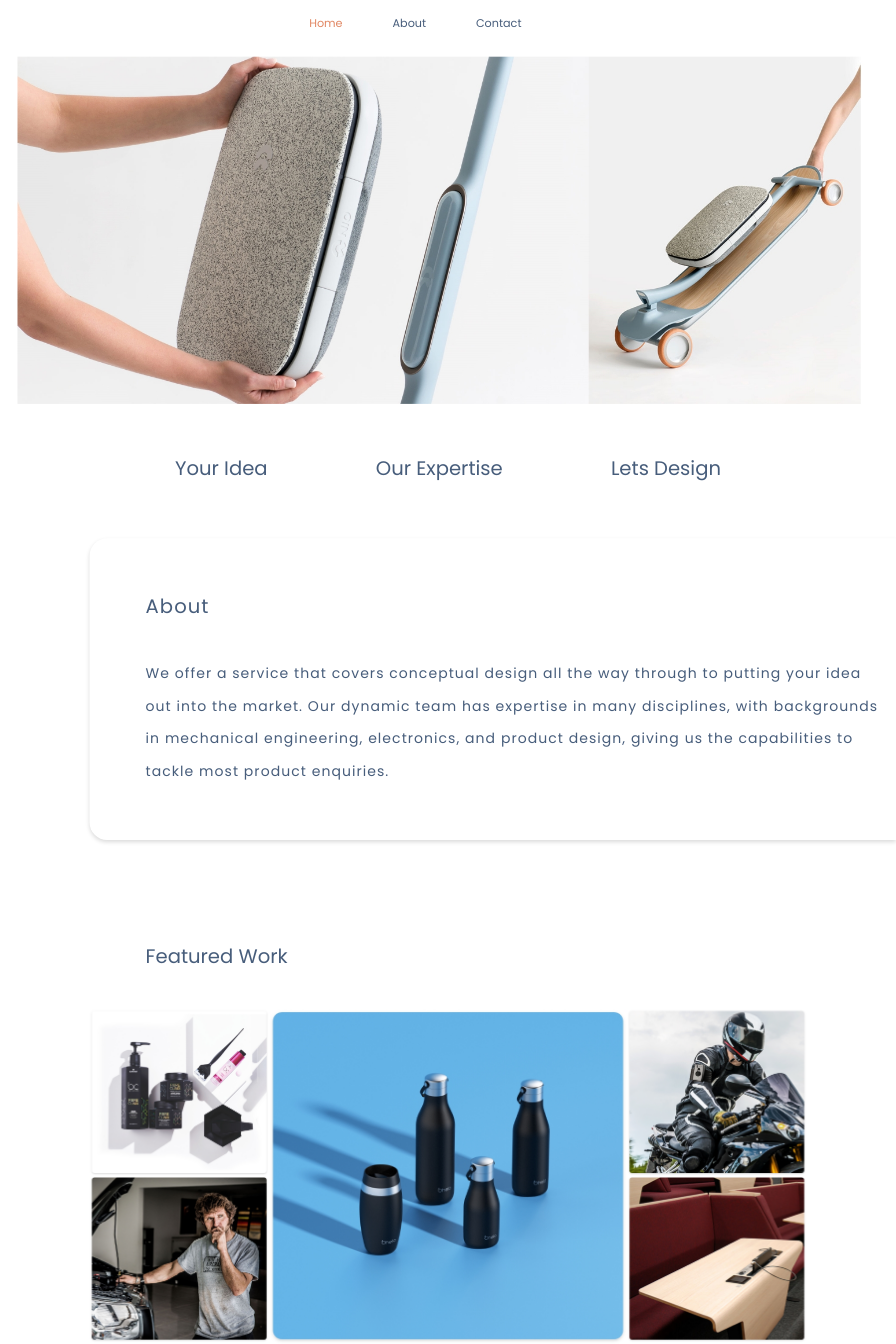
Repository: cobyfoster99/User-Centric-frontend-project
Page: index.html
The author's editor kept a record of every edit. The page is drawn from the files as they stood at one moment, then again after the next edit.
The browser window is 1280 px wide. The pictures show the part of the page from y = 0 to 1920 px (the page is 3203 px tall), at 70% of full size.
Some web libraries are served in a nearby version.

Above is the page before.

After the next edit:
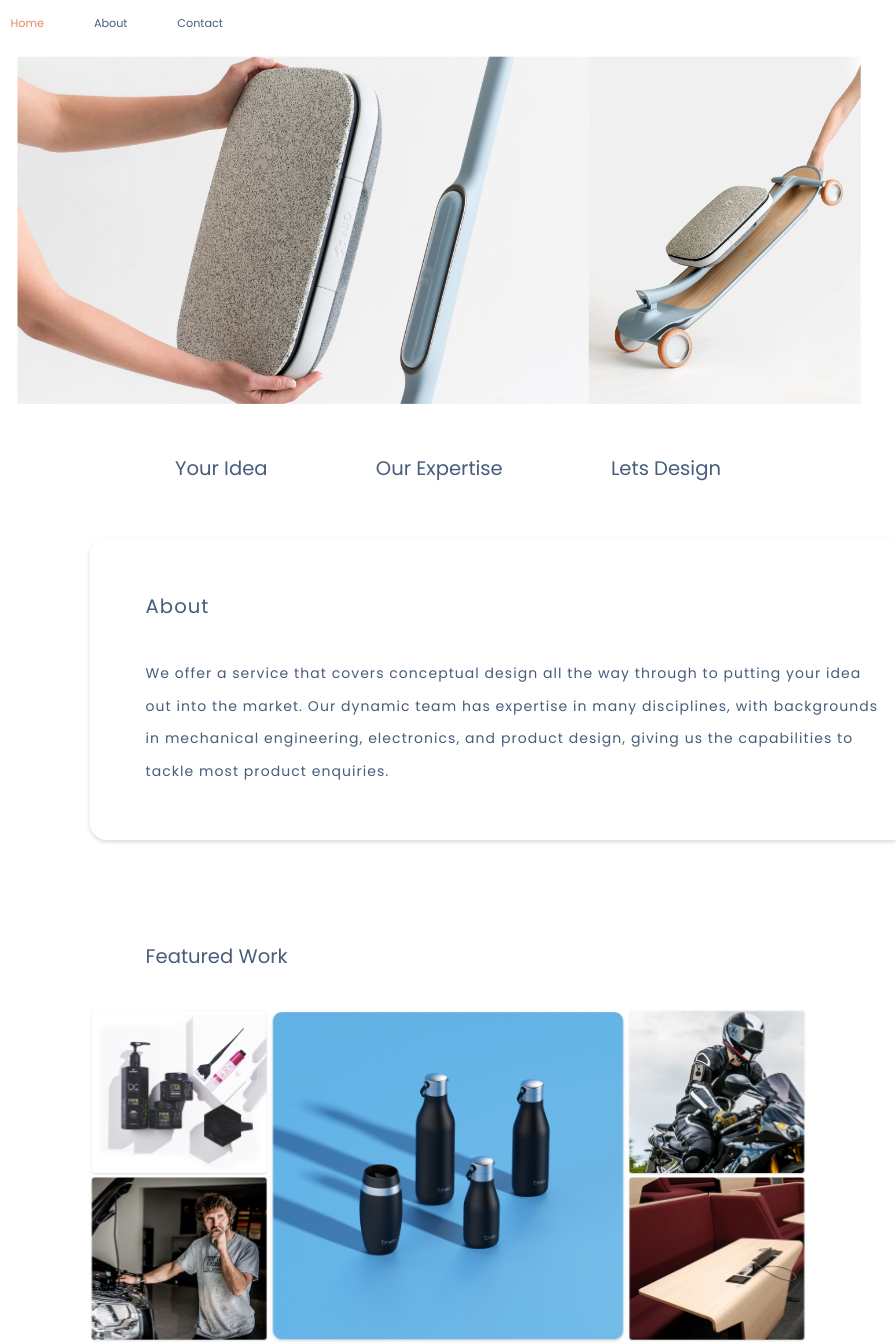
The edit:
--- a/index.html
+++ b/index.html
@@ -17,7 +17,7 @@
     <header>
         <div class="row no-gutters">
             <a class="col-md-4 logo" href="index.html"></a>
-
+        <nav></nav>
             <div class="col-md-4">
                 <div class="row no-gutters">
                     <div class="col">
